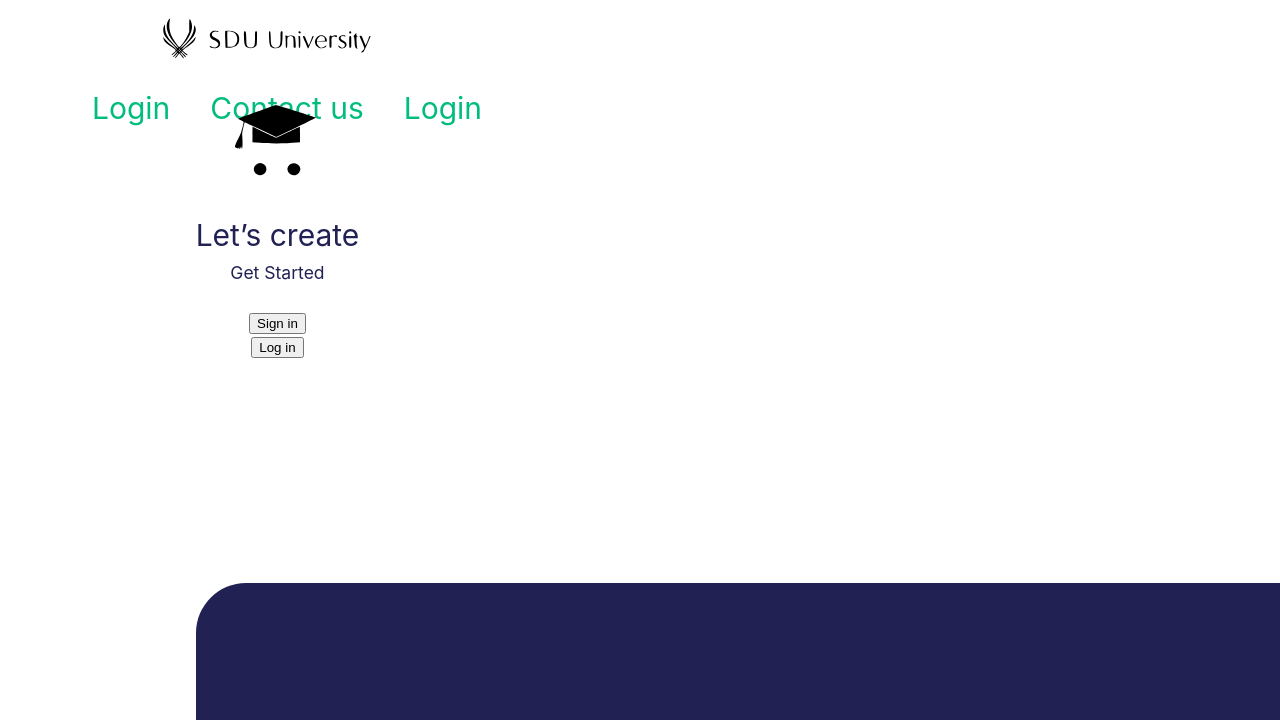
Repository: tolepbekova/CommunityChat
Page: /auth
The author's editor kept a copy of each file at every save. The page is drawn from the files as they stood at one save, then again after the next save.
The browser window is 1280 px wide. The pictures show the whole page.
The project was rebuilt for these pictures with package versions that can differ from the ones it lists, and the page was loaded fresh each time. Also part of the build but not shown: vite.config.js, src/components/HelloWorld.vue, src/views/Login.vue. Imported but missing from the stored project, and not drawn on this page: src/views/Change.vue.

Above is the page before, as saved 2024-05-09 23:00:45.

### src/App.vue
<script setup>
import HelloWorld from './components/HelloWorld.vue'
import router from './router/index.js'
import './assets/base.css'
</script>

<template>
  <div id="app">
    <header>

      <section id="header">
        <a href="about.html"><img class="logo" src="../src/assets/logo/log.svg"></a>
        <div>
            <ul id="navbar">
             <li><router-link to="/login">Login</router-link></li>
                <li><router-link to="/contact">Contact us</router-link></li>
               <li><router-link to="/login">Login</router-link></li>
            </ul>
        </div>
    </section>

    </header>

    <router-view />
  </div>
</template>

<style>
#app {
  display: flex;
  flex-direction: column;

}
#header {
    display: flex;
    flex-direction: column;
    align-items: center;
    justify-content: space-around;
    position: fixed;
    margin-left: 0px;
    margin-right: 0px;
    margin-top: 0px;
}
#header img {
    width: 218px;
    height: 77px;
}
#navbar {
    display: flex;
    align-items: center;
    justify-content: center;
}
#navbar li {
    list-style: none;
    padding: 0 20px;
    text-decoration: none;
    font-size: 30px;
    color: rgba(33, 33, 83, 1);
    transition: 0.3s ease;
}
#navnar li :hover {
    color: rgb(237, 237, 167);
}
.abrow {
    margin: 0 auto;
    display: block;
    text-align: center;
}
.abcolu {
    margin: 0 auto;
    display: block;
    text-align: center;
}
img {
    width: 115px;
}
.abp {
    margin: 0 auto;
    display: block;
    width: 670px;
    height: 100px;
}
.icon {
    width: 24px;
    height: 24px;
}
.btn {
    background-color:  rgba(33, 33, 83, 1) ;
    border-radius: 20px;
    width: 280px;
    height:50px;
    color: #ffffff;
}
input {
    border-radius: 20px;
    width: 280px;
    height: 45px;
    border-color: rgba(33, 33, 83, 1);
}
a {
    color: gold;
}
</style>

### src/router/index.js
import Vue from 'vue'
import VueRouter from 'vue-router'
import Login from '../views/Login.vue'

Vue.use(VueRouter)

const router = new VueRouter({
  mode: 'history',
  base: import.meta.env.BASE_URL,
  routes: [
    {
      path: '/login',
      name: 'login',
      component: Login
    },
    {
      path: '/getstart',
      name: 'getstart',
      // route level code-splitting
      // this generates a separate chunk (About.[hash].js) for this route
      // which is lazy-loaded when the route is visited.
      component: () => import('../views/AboutView.vue')
    },
    {
      path: '/home',
      name: 'Home',
      // route level code-splitting
      // this generates a separate chunk (About.[hash].js) for this route
      // which is lazy-loaded when the route is visited.
      component: () => import('../views/About.vue')
    },
    {
      path: '/sign',
      name: 'signin',
      component: () => import('../views/Signin.vue')
    },
    {
      path: '/contact',
      name: 'contact',
      component: () => import('../views/Contact.vue')
    },
    {
      path: '/auth',
      name: 'auth',
      component: () => import('../views/Auth.vue')
    },
    {
      path: '/change',
      name: 'change',
      component: () => import('../views/Change.vue')
    },
    {
      path: '/auth',
      name: 'auth',
      component: () => import('../views/Auth.vue')
    },

  ]
})

export default router

### src/assets/main.css
@import "./base.css";

#app {

  font-weight: normal;
}

a,
.green {
  text-decoration: none;
  color: hsla(160, 100%, 37%, 1);
  transition: 0.4s;
}

@media (hover: hover) {
  a:hover {
    background-color: hsla(160, 100%, 37%, 0.2);
  }
}

@media (min-width: 1024px) {
  body {
    display: flex;
    place-items: center;
  }

  #app {
    display: grid;
    grid-template-columns: 1fr 1fr;
    padding: 0 2rem;
  }
}

### src/assets/base.css
/* color palette from <https://github.com/vuejs/theme> */
:root {
  --vt-c-white: #ffffff;
  --vt-c-white-soft: #f8f8f8;
  --vt-c-white-mute: #f2f2f2;

  --vt-c-black: #181818;
  --vt-c-black-soft: #222222;
  --vt-c-black-mute: #282828;

  --vt-c-indigo: #2c3e50;

  --vt-c-divider-light-1: rgba(60, 60, 60, 0.29);
  --vt-c-divider-light-2: rgba(60, 60, 60, 0.12);
  --vt-c-divider-dadarkrk-1: rgba(84, 84, 84, 0.65);
  --vt-c-divider-dark-2: rgba(84, 84, 84, 0.48);

  --vt-c-text-light-1: var(--vt-c-indigo);
  --vt-c-text-light-2: rgba(60, 60, 60, 0.66);
  --vt-c-text-dark-1: var(--vt-c-white);
  --vt-c-text-dark-2: rgba(235, 235, 235, 0.64);
}

/* semantic color variables for this project */
:root {
  --color-background: var(--vt-c-white);
  --color-background-soft: var(--vt-c-white-soft);
  --color-background-mute: var(--vt-c-white-mute);

  --color-border: var(--vt-c-divider-light-2);
  --color-border-hover: var(--vt-c-divider-light-1);

  --color-heading: var(--vt-c-text-light-1);
  --color-text: var(--vt-c-text-light-1);

  --section-gap: 160px;
}

@media (prefers-color-scheme: dark) {
  :root {
    --color-background: var(--vt-c-black);
    --color-background-soft: var(--vt-c-black-soft);
    --color-background-mute: var(--vt-c-black-mute);

    --color-border: var(--vt-c-divider-dark-2);
    --color-border-hover: var(--vt-c-divider-dark-1);

    --color-heading: var(--vt-c-text-dark-1);
    --color-text: var(--vt-c-text-dark-2);
  }
}

*,
*::before,
*::after {
  box-sizing: border-box;
  margin: 0;
  position: relative;
  font-weight: normal;
}
html{
  padding: 0;
  margin: 0;
}
body {
  min-height: 10vh;
  padding: 0;
  margin: 0;
  transition: color 0.5s, background-color 0.5s;
  line-height: 1.6;
  font-family: Inter, -apple-system, BlinkMacSystemFont, 'Segoe UI', Roboto, Oxygen, Ubuntu,
    Cantarell, 'Fira Sans', 'Droid Sans', 'Helvetica Neue', sans-serif;
  font-size: 15px;
  text-rendering: optimizeLegibility;
  -webkit-font-smoothing: antialiased;
  -moz-osx-font-smoothing: grayscale;
}

### src/views/Auth.vue
<template>
    <div>


      <br><br><br><br>

      <div class="abrow">
        <div class="abcolumn">
          <img src="../assets/logo/finalicon13.svg" alt="Final Icon">
        </div>
        <div class="abcolumn">
          <h1>Let’s create</h1>
          <h3>Get Started</h3>

          <br>
          <router-link to="/signin"><button class="lbtn1">Sign in</button></router-link>
          <br>
          <router-link to="/login"><button class="lbtn2">Log in</button></router-link>
          <br><br><br>
        </div>
      </div>

      <div class="section">
        <img src="../assets/logo/logo-white.svg" alt="SDU University" width="100" height="100">
        <br><br>
        <span class="elementor-icon-list-text">2024 All rights reserved</span>
      </div>
    </div>
  </template>

  <script>
  export default {
    name: 'Auth'
  }
  </script>

  <style scoped>
  .abrow {
    margin: 0 auto;
    display: block;
    text-align: center;
  }

  .abcolumn {
    margin: 0 auto;
    display: block;
    text-align: center;
    color: rgba(33, 33, 83, 1);
  }

  img {
    width: 109px;
  }

  .abp {
    margin: 0 auto;
    display: block;
    width: 670px;
    height: 100px;
  }

  .icon {
    width: 24px;
    height: 24px;
  }

  .section {
    border-radius: 50px 50px 0 0;
    background-color: rgba(33, 33, 83, 1);
    color: #fff;
    padding: 10px;
    text-align: center;
    position: fixed;
    bottom: 0;
    width: 100%;
    height: 19%;
  }

  a {
    color: rgba(33, 33, 83, 1);
    font-style: none;
    text-decoration: none;
  }
  </style>

Loaded but not shown: index.html (common file); src/main.js (common file)

After the next save:
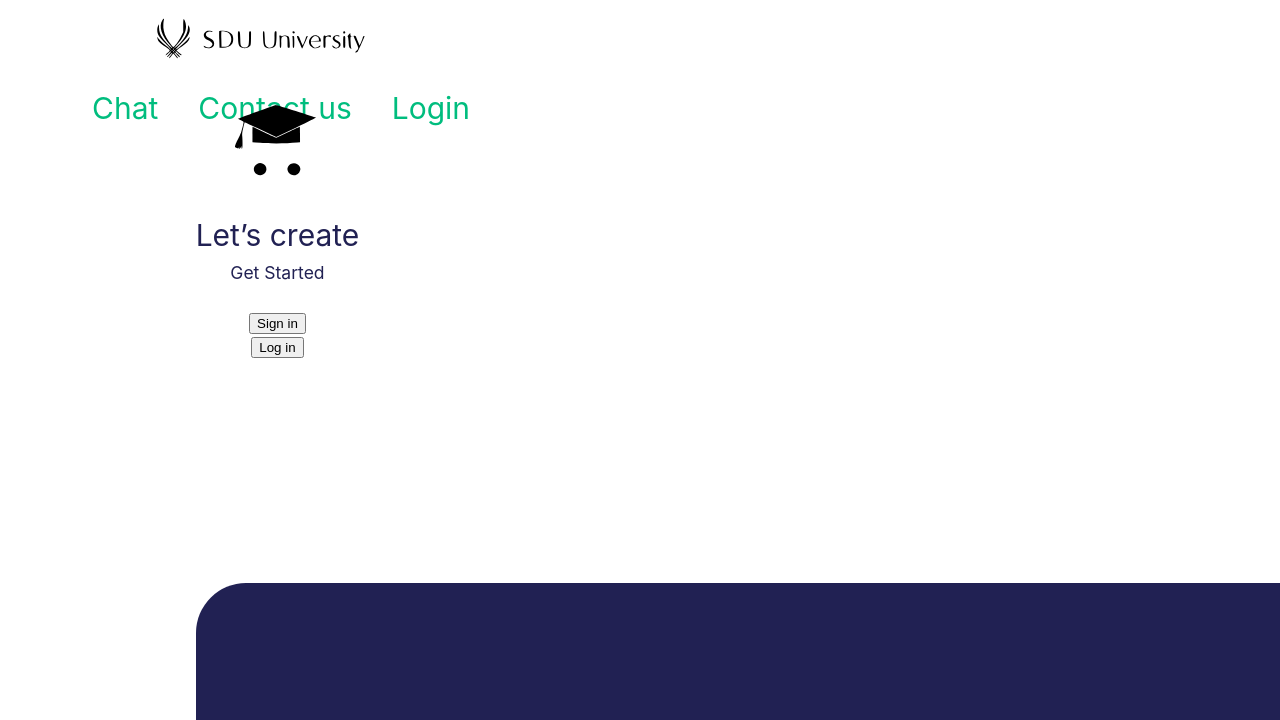
Saved 54 s later.
--- a/src/App.vue
+++ b/src/App.vue
@@ -12,7 +12,7 @@
         <a href="about.html"><img class="logo" src="../src/assets/logo/log.svg"></a>
         <div>
             <ul id="navbar">
-             <li><router-link to="/login">Login</router-link></li>
+             <li><router-link to="/getstart">Chat</router-link></li>
                 <li><router-link to="/contact">Contact us</router-link></li>
                <li><router-link to="/login">Login</router-link></li>
             </ul>
